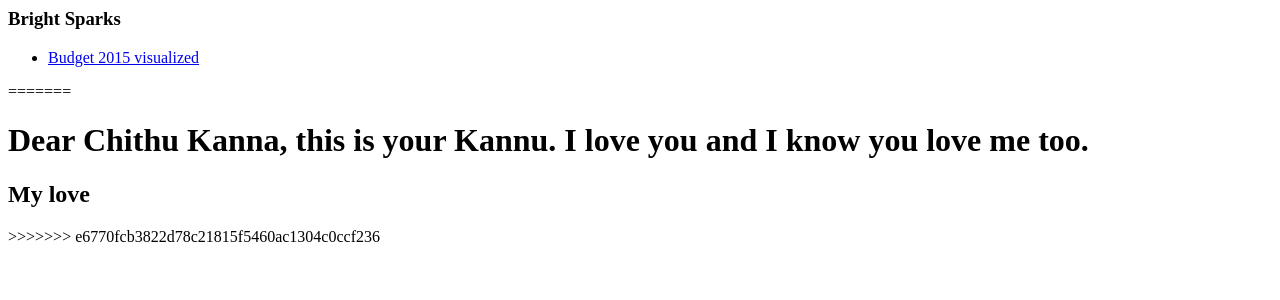
Repository: srikrishnanr/randomsparks
Page: index.html
The author's editor kept a record of every edit. The page is drawn from the files as they stood at one moment, then again after the next edit.
The browser window is 1280 px wide. The pictures show the whole page.

Above is the page before.

### index.html
<html>

<body>
    <h3>Bright Sparks</h3>
    <ul>
        <li><a href="budget2015india.html">Budget 2015 visualized</a></li>
    </ul>

</body>

</html>
=======
<html><body><h1>Dear Chithu Kanna, this is your Kannu. I love you and I know you love me too.</h1>
<h2> My love</h2>
</body></html>
>>>>>>> e6770fcb3822d78c21815f5460ac1304c0ccf236

After the next edit:
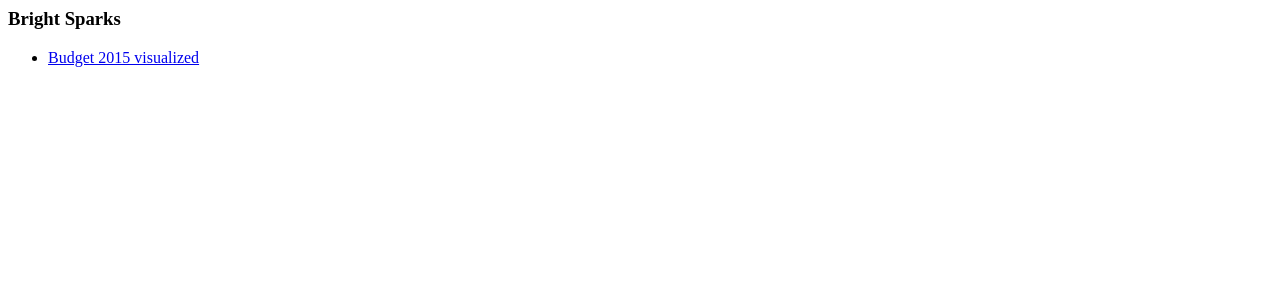
The edit:
--- a/index.html
+++ b/index.html
@@ -9,8 +9,3 @@
 </body>
 
 </html>
-=======
-<html><body><h1>Dear Chithu Kanna, this is your Kannu. I love you and I know you love me too.</h1>
-<h2> My love</h2>
-</body></html>
->>>>>>> e6770fcb3822d78c21815f5460ac1304c0ccf236
